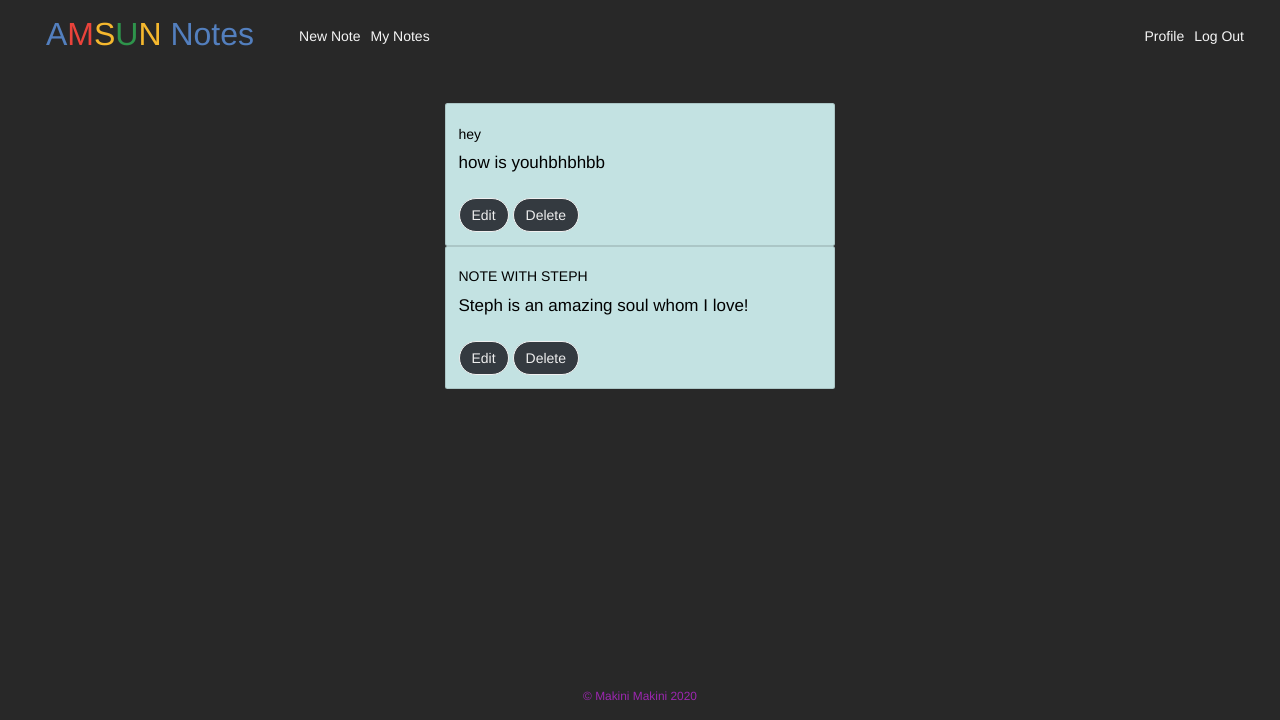
Repository: MakiniMakini/AMSUN-NOTES
Page: http://localhost/my_notes
These files come from the project's save history. The page is drawn as it stood at one moment and after the next save; the edit follows.
The browser window is 1280 px wide. The pictures show the whole page.
Some web fonts or font styles are not loaded; a fallback is used. The page is served by the project's application, run on Flask 3 (application.py). The session is filled in as if someone had signed in: {"user_id": 1}. The page reads the database file committed with the project.

Above is the page before, as saved 2020-12-25 13:38:45.

After the next save:
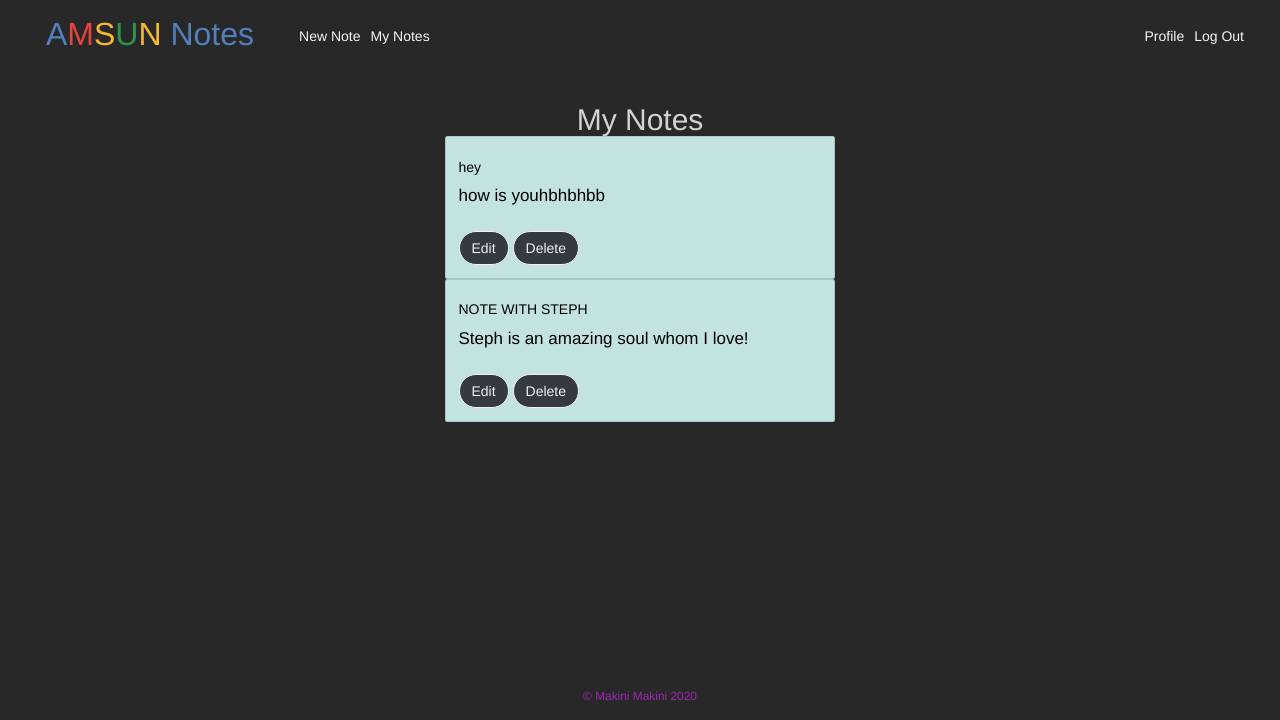
Saved 42 s later.
--- a/templates/my_notes.html
+++ b/templates/my_notes.html
@@ -7,6 +7,9 @@
 {% block main %}
 
 <div class="my_notes">
+  <h2 style="margin: auto; text-align: center;">
+    My Notes
+    </h2>
   {% for note in notes %}
 
     <div class="card" style="width: 39rem; background-color: rgb(195, 226, 226); color: black;">
